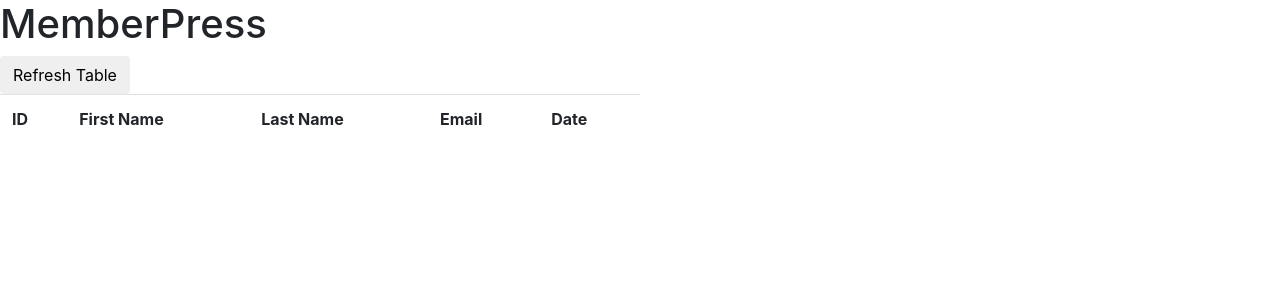
Repository: joeldelatte/JoelDelattemMemberPressChallenge
Page: public/index.html
These files come from the project's save history. The page is drawn as it stood at one moment and after the next save; the edit follows.
The browser window is 1280 px wide. The pictures show the whole page.
The page's requests for data from a server got no answer. Some web libraries are served in a nearby version.

Above is the page before, as saved 2020-06-21 21:23:37.

### public/index.html
<!doctype html>
<html lang="en">
  <head>
    <title>MemberPress API</title>
    <meta charset="utf-8">
    <meta name="viewport" content="width=device-width, initial-scale=1, shrink-to-fit=no">

    <link rel="stylesheet" href="https://cdnjs.cloudflare.com/ajax/libs/twitter-bootstrap/4.0.0/css/bootstrap.min.css" />

    <link rel="stylesheet" href="https://maxcdn.bootstrapcdn.com/font-awesome/4.5.0/css/font-awesome.min.css" />

  </head>
  <body>

    <h1>MemberPress</h1>
    <button class="btn" id="data-refresh" type="button">Refresh Table</button>
    <table class="table" style="width: 50%">
        <tr>
            <th>ID</th>
            <th>First Name</th>
            <th>Last Name</th>
            <th>Email</th>
            <th>Date</th>
        </tr>
    </table>

    <script src="https://code.jquery.com/jquery.js"></script>
    <script src="https://cdnjs.cloudflare.com/ajax/libs/twitter-bootstrap/4.0.0/js/bootstrap.bundle.min.js"></script>
    <script src="./js/index.js"></script>
  </body>
</html>

### public/js/index.js
$(document).ready(function () {

  var $table = $(".table");

  function getPersonData() {
    $.ajax({
      datatype: "json",
      url:
        "https://cors-anywhere.herokuapp.com/https://cspf-dev-challenge.herokuapp.com/",
      type: "GET",
    }).then(function (response) {
      var persons = response.data.rows;
      var person_data = "";

      $.each(persons, function (index, value) {
        person_data += "<tr>";
        person_data += "<td>" + value.id + "</td>";
        person_data += "<td>" + value.fname + "</td>";
        person_data += "<td>" + value.lname + "</td>";
        person_data += "<td>" + value.email + "</td>";
        person_data += "<td>" + value.date + "</td>";
      });

      $table.append(person_data);
    });
  }

  getPersonData();

  $('#data-refresh').on('click', function(event) {

    event.preventDefault()

    getPersonData();

    console.log("I refreshed the data with the button")
  });



});

After the next save:
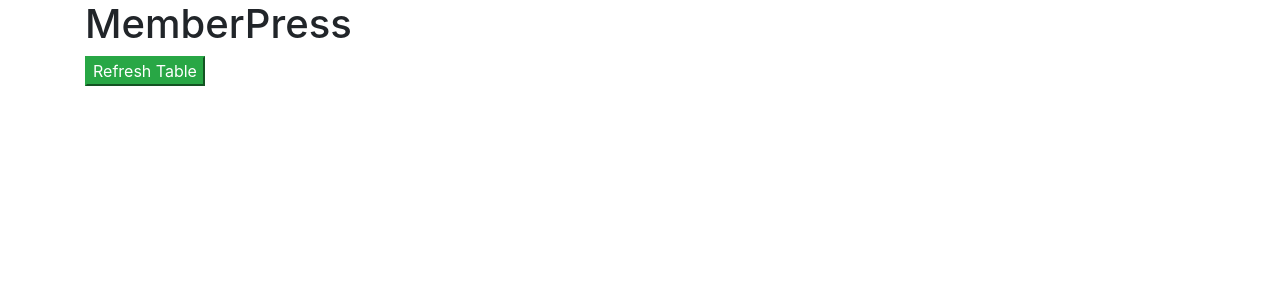
Saved 48 min 22 s later.
--- a/public/index.html
+++ b/public/index.html
@@ -11,18 +11,13 @@
 
   </head>
   <body>
+    <div class="container">
+      <h1>MemberPress</h1>
+      <button class="btn-success" id="data-refresh" type="button">Refresh Table</button>
+      <table class="table" style="width: 50%">
 
-    <h1>MemberPress</h1>
-    <button class="btn" id="data-refresh" type="button">Refresh Table</button>
-    <table class="table" style="width: 50%">
-        <tr>
-            <th>ID</th>
-            <th>First Name</th>
-            <th>Last Name</th>
-            <th>Email</th>
-            <th>Date</th>
-        </tr>
-    </table>
+      </table>
+    </div>
 
     <script src="https://code.jquery.com/jquery.js"></script>
     <script src="https://cdnjs.cloudflare.com/ajax/libs/twitter-bootstrap/4.0.0/js/bootstrap.bundle.min.js"></script>
